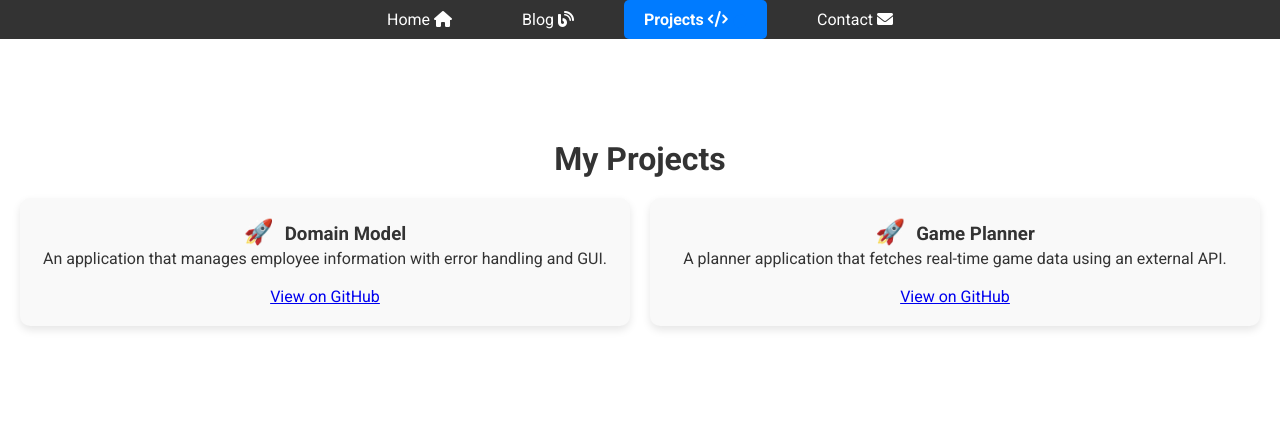
Repository: liwingy/cs5610_fall24_project1
Page: projects.html
These files come from the project's save history. The page is drawn as it stood at one moment and after the next save; the edit follows.
The browser window is 1280 px wide. The pictures show the whole page.

Above is the page before, as saved 2024-10-07 21:10:36.

After the next save:
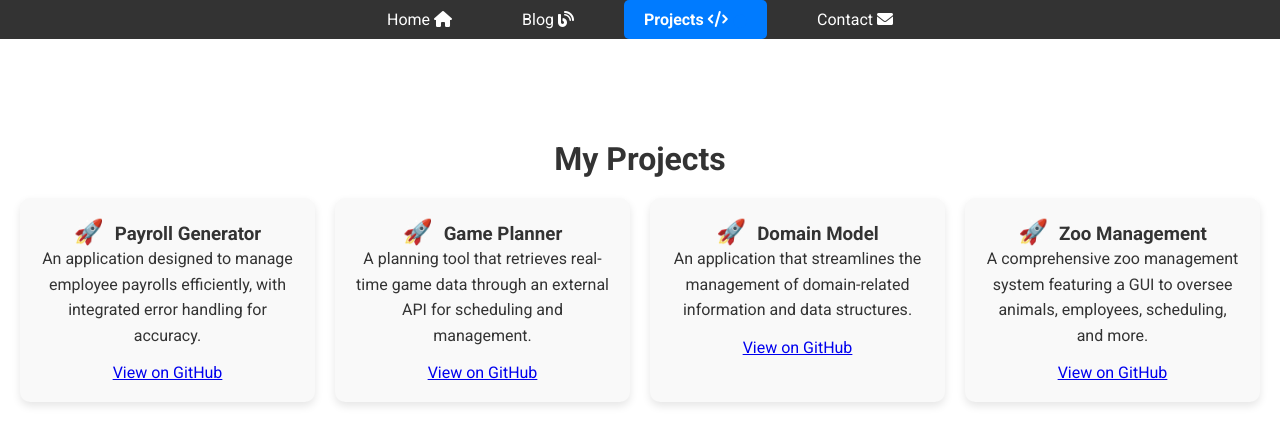
Saved 6 min 33 s later.
--- a/projects.html
+++ b/projects.html
@@ -22,14 +22,24 @@
             <h2>My Projects</h2>
             <div class="grid">
                 <div class="project-item">
+                    <h3>Payroll Generator</h3>
+                    <p>An application designed to manage employee payrolls efficiently, with integrated error handling for accuracy.</p>
+                    <a href="https://github.com/Su24-CS5004-Online-Lionelle/homework-03-liwingy/tree/main/src/main/java/student" target="_blank">View on GitHub</a>
+                </div>
+                <div class="project-item">
+                    <h3>Game Planner</h3>
+                    <p>A planning tool that retrieves real-time game data through an external API for scheduling and management.</p>
+                    <a href="https://github.com/Su24-CS5004-Online-Lionelle/hw05/tree/main/src/main/java/student" target="_blank">View on GitHub</a>
+                </div>
+                <div class="project-item">
                     <h3>Domain Model</h3>
-                    <p>An application that manages employee information with error handling and GUI.</p>
+                    <p>An application that streamlines the management of domain-related information and data structures.</p>
                     <a href="https://github.com/Su24-CS5004-Online-Lionelle/homework-07-liwingy/tree/main/src/main/java/student/model" target="_blank">View on GitHub</a>
                 </div>
                 <div class="project-item">
-                    <h3>Game Planner</h3>
-                    <p>A planner application that fetches real-time game data using an external API.</p>
-                    <a href="https://github.com/Su24-CS5004-Online-Lionelle/hw05/tree/main/src/main/java/student" target="_blank">View on GitHub</a>
+                    <h3>Zoo Management</h3>
+                    <p>A comprehensive zoo management system featuring a GUI to oversee animals, employees, scheduling, and more.</p>
+                    <a href="https://github.com/Su24-CS5004-Online-Lionelle/final-project-group-12" target="_blank">View on GitHub</a>
                 </div>
             </div>
         </section>
